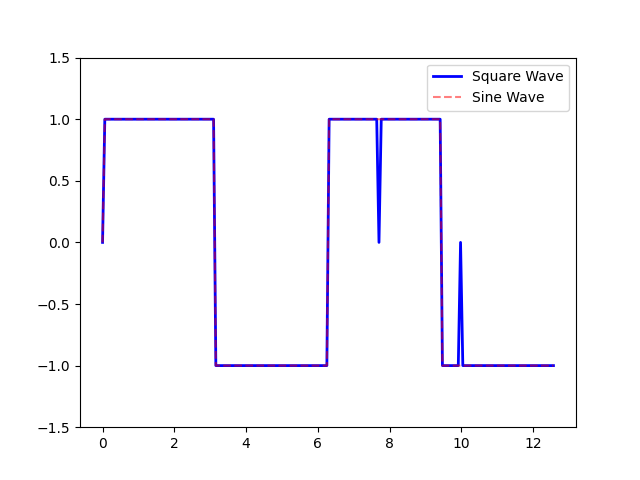
Repository: khulqu15/drone_smc_copppelia
Script's output: python py/realtime.py
These files come from the project's save history. The script's output is drawn as it stood at one moment and after the next save; the edit follows.
Animations are shown at an early frame. Random numbers start from a fixed seed.

Above is the script's output before, as saved 2024-06-24 00:43:33.

After the next save:
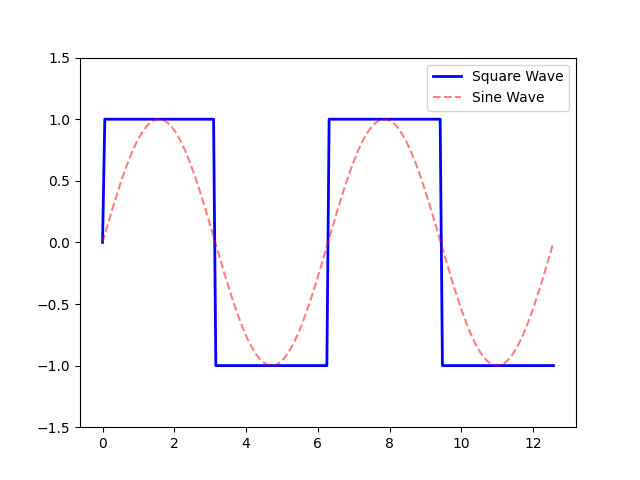
Saved 5 s later.
--- a/py/realtime.py
+++ b/py/realtime.py
@@ -15,18 +15,12 @@ line, = ax.plot(xs, square_ys, 'b-', linewidth=2, label='Square Wave')
 sine_line, = ax.plot(xs, ys, 'r--', alpha=0.5, label='Sine Wave')
 ax.legend()
 
-def introduce_faults(square_wave, fault_probability=0.05, fault_amplitude=0):
-    fault_indices = np.random.rand(len(square_wave)) < fault_probability
-    square_wave[fault_indices] = fault_amplitude
-    return square_wave
-
 def update(frame):
     ys = np.sin(xs + frame / 10)
     square_ys = np.sign(ys)
-    faulty_square_ys = introduce_faults(square_ys.copy(), fault_probability=0.01, fault_amplitude=0)
 
-    line.set_ydata(faulty_square_ys)
-    sine_line.set_ydata(square_ys)
+    line.set_ydata(square_ys)
+    sine_line.set_ydata(ys)
     return line, sine_line
 
 ani = FuncAnimation(fig, update, frames=np.arange(0, 400, 1), interval=50, blit=False)
